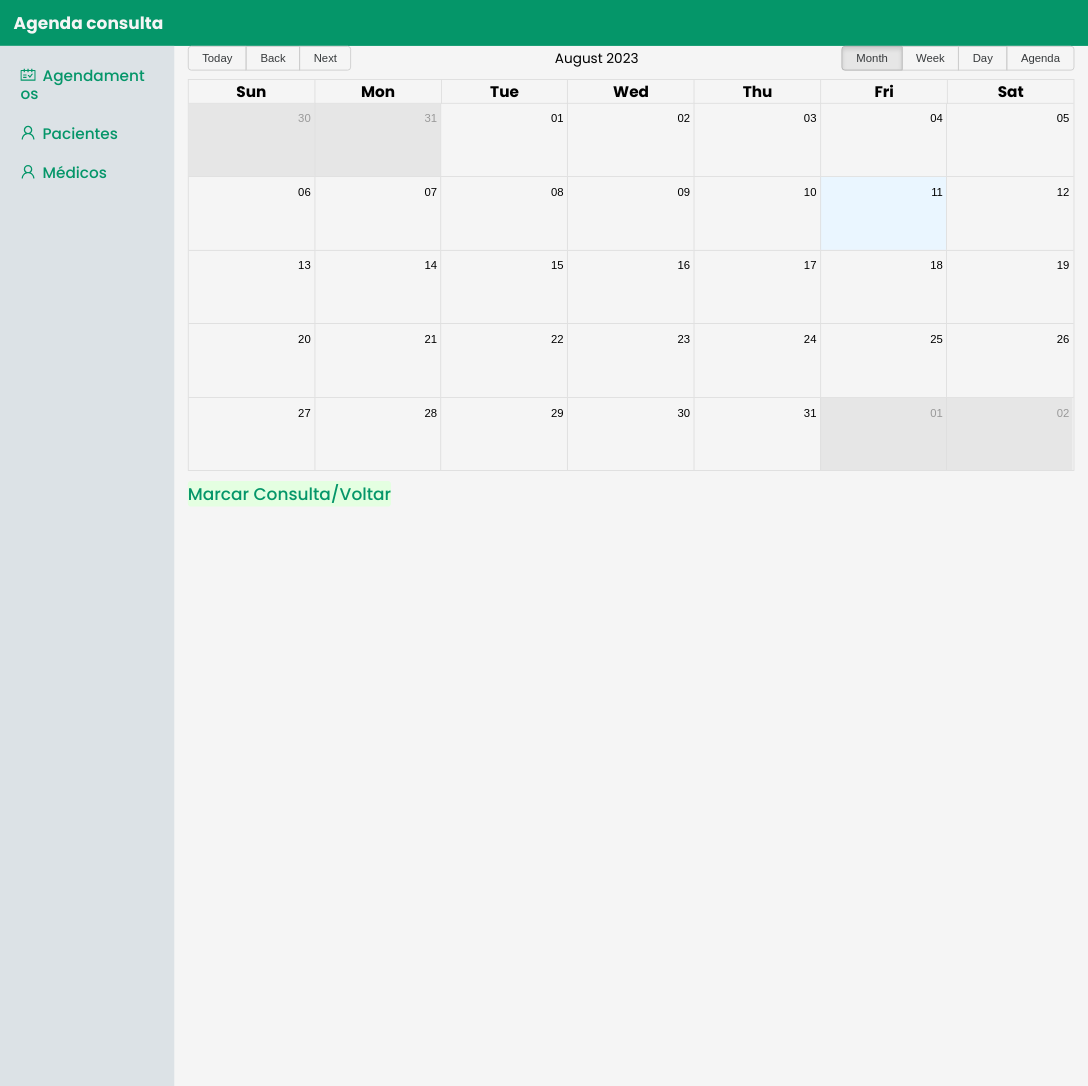
Repository: BarbaraCD/agendaconsulta
Page: /appointments/calendar
An editor plug-in stored every save of this project. The page is shown before and after the next save, followed by the edit.
The browser window is 1280 px wide. The pictures show the whole page, at 85% of full size.
The project was rebuilt for these pictures with package versions that can differ from the ones it lists, and the page was loaded fresh each time. Requests to the local data server were answered from the project's data file. Also part of the build but not shown: vite.config.ts, src/styles/StyleList.ts, src/components/Doctors.tsx, src/styles/InputContainer.ts, src/components/InputDoctors.tsx, src/components/SubmitButton.tsx, src/styles/CreateContainer.ts, src/components/CreateDoctor.tsx and 4 more.

Above is the page before, as saved 2023-08-14 09:41:53.

After the next save:
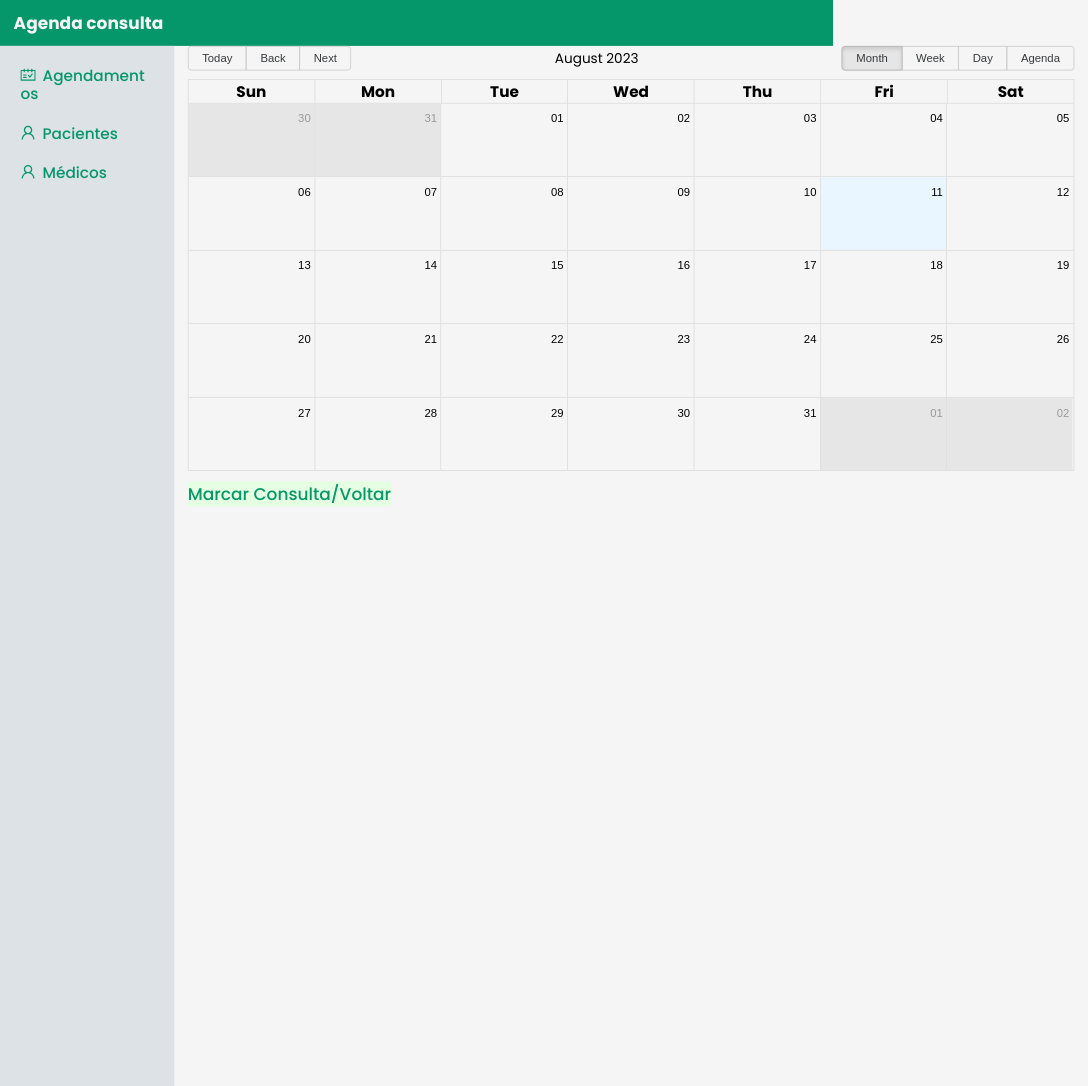
Saved 7 s later.
--- a/src/components/Header.tsx
+++ b/src/components/Header.tsx
@@ -6,6 +6,7 @@
   padding: 12px 16px;
   flex: 1;
   width: 100%;
+  max-width: 980px;
   color: ${(props) => props.theme.colors.white};
   font-weight: 700;
 `

After the save that followed:
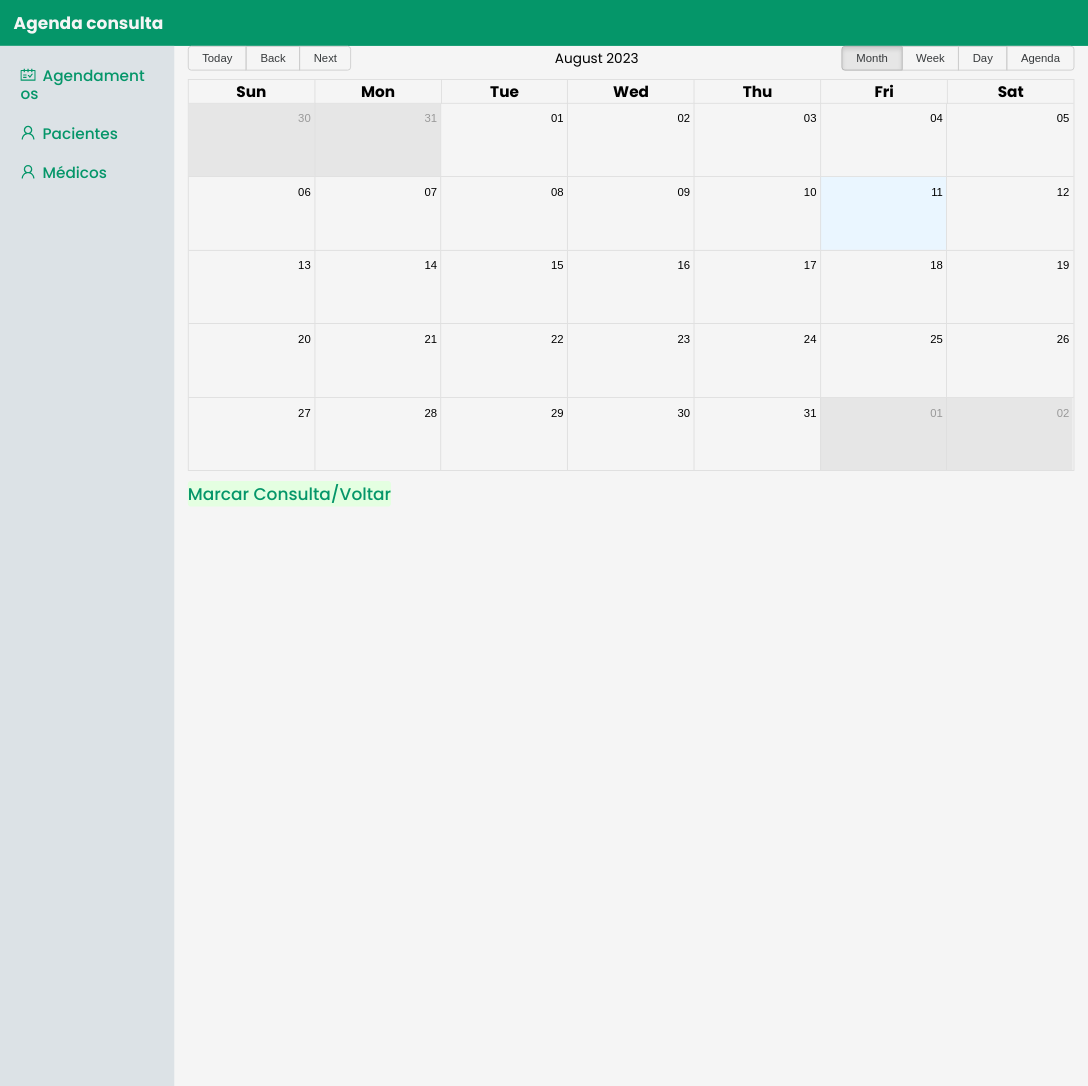
Saved 20 s later.
--- a/src/components/Header.tsx
+++ b/src/components/Header.tsx
@@ -6,7 +6,7 @@
   padding: 12px 16px;
   flex: 1;
   width: 100%;
-  max-width: 980px;
+  min-width: 80px;
   color: ${(props) => props.theme.colors.white};
   font-weight: 700;
 `
